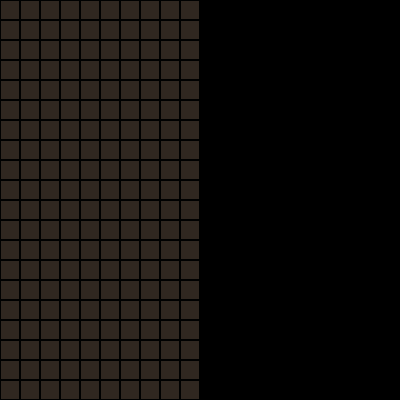
Repository: lucacdev/Tetris
Script's output: python main.py
These files come from the project's save history. The script's output is drawn as it stood at one moment and after the next save; the edit follows.
The window is shown after at most 60 frames with no key pressed. Random numbers start from a fixed seed.

Above is the script's output before, as saved 2024-02-29 18:10:51.

After the next save:
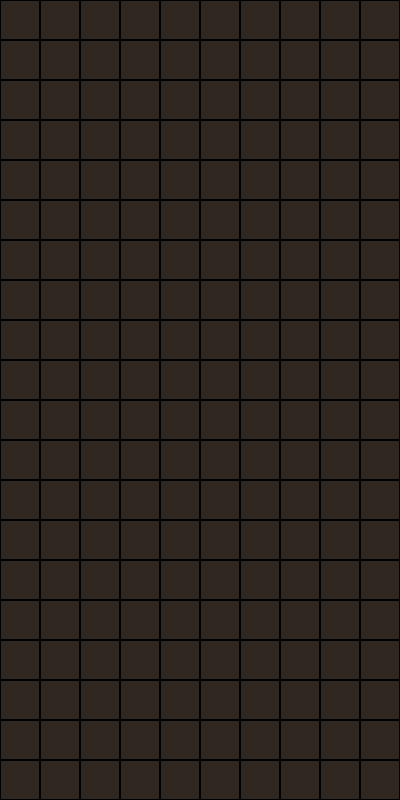
Saved 23 s later.
--- a/settings.py
+++ b/settings.py
@@ -3,6 +3,6 @@
 FPS = 60
 FIELD_COLOUR = (48, 39, 32)
 
-TILE_SIZE = 20
+TILE_SIZE = 40
 FIELD_SIZE = FIELD_W, FIELD_H = 10, 20
 FIELD_RES = FIELD_W * TILE_SIZE, FIELD_H * TILE_SIZE
